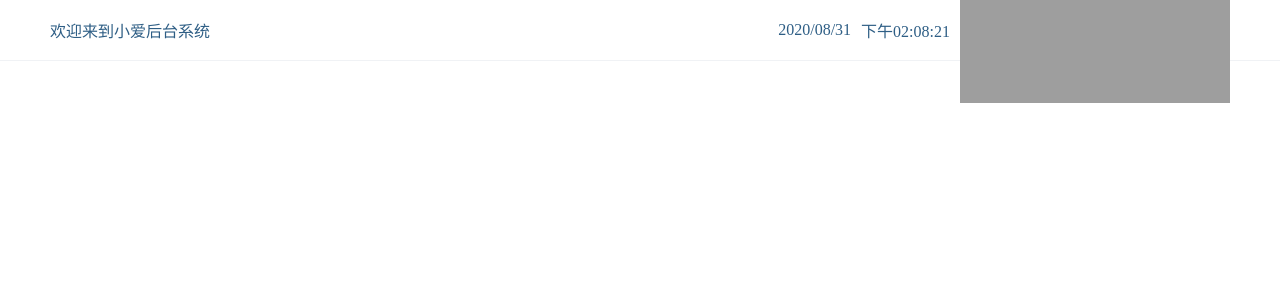
Repository: ZHANG-0714/backstage
Page: /
These files come from the project's save history. The page is drawn as it stood at one moment and after the next save; the edit follows.
The browser window is 1280 px wide. The pictures show the whole page.
Pictures or frames that could not be fetched are drawn as grey boxes. The project was rebuilt for these pictures with package versions that can differ from the ones it lists, and the page was loaded fresh each time. Also part of the build but not shown: vue.config.js, src/views/Home.vue.

Above is the page before, as saved 2020-08-31 16:54:57.

After the next save:
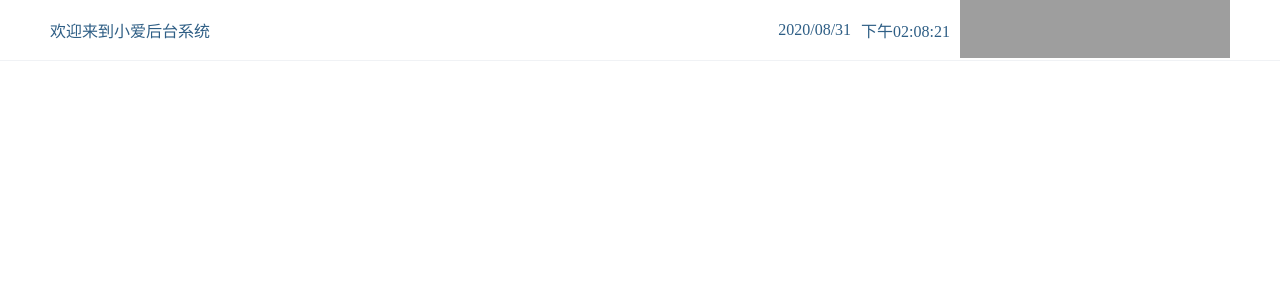
Saved 7 s later.
--- a/src/components/public/headTop.vue
+++ b/src/components/public/headTop.vue
@@ -13,7 +13,7 @@
           src="https://tianqiapi.com/api.php?style=tm&skin=pitaya"
           frameborder="0"
           width="270"
-
+          height="60"
           allowtransparency="true"
         ></iframe>
       </div>
